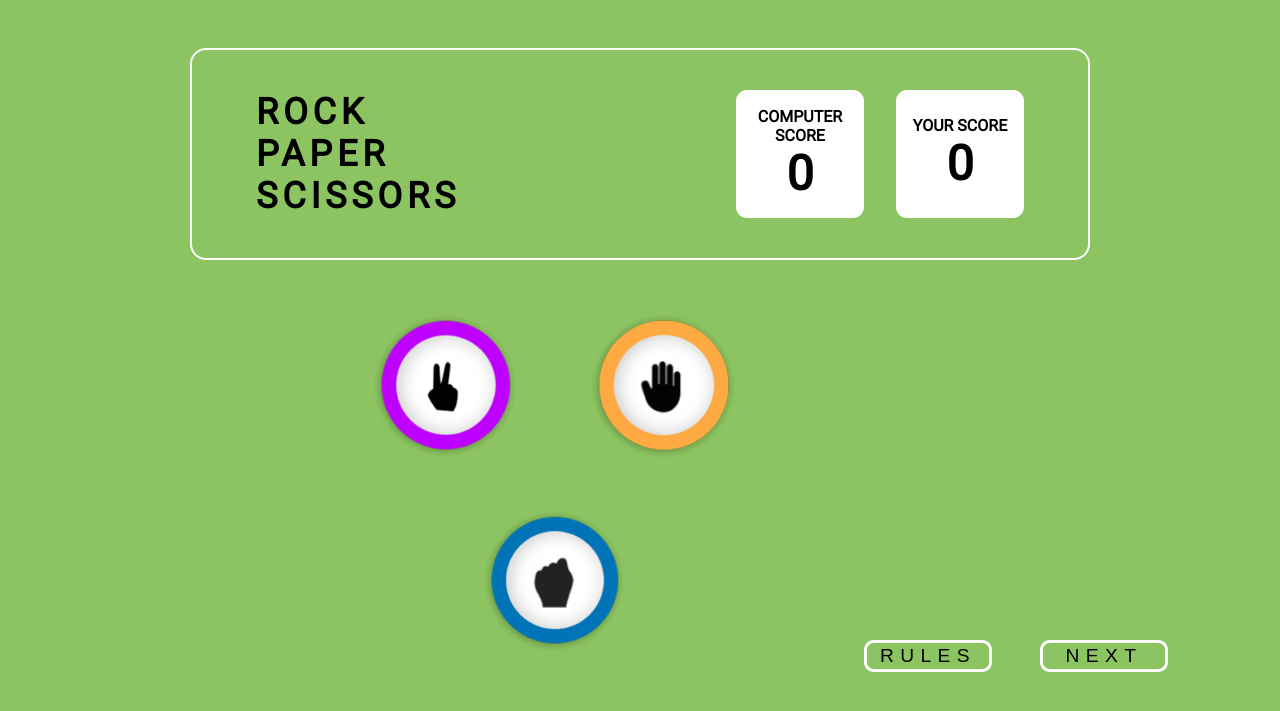
Repository: drumsmanku/Major-module-project-1
Page: index.html
An editor plug-in stored every save of this project. The page is shown before and after the next save, followed by the edit.
The browser window is 1280 px wide. The pictures show the whole page.

Above is the page before, as saved 2023-04-30 21:21:22.

After the next save:
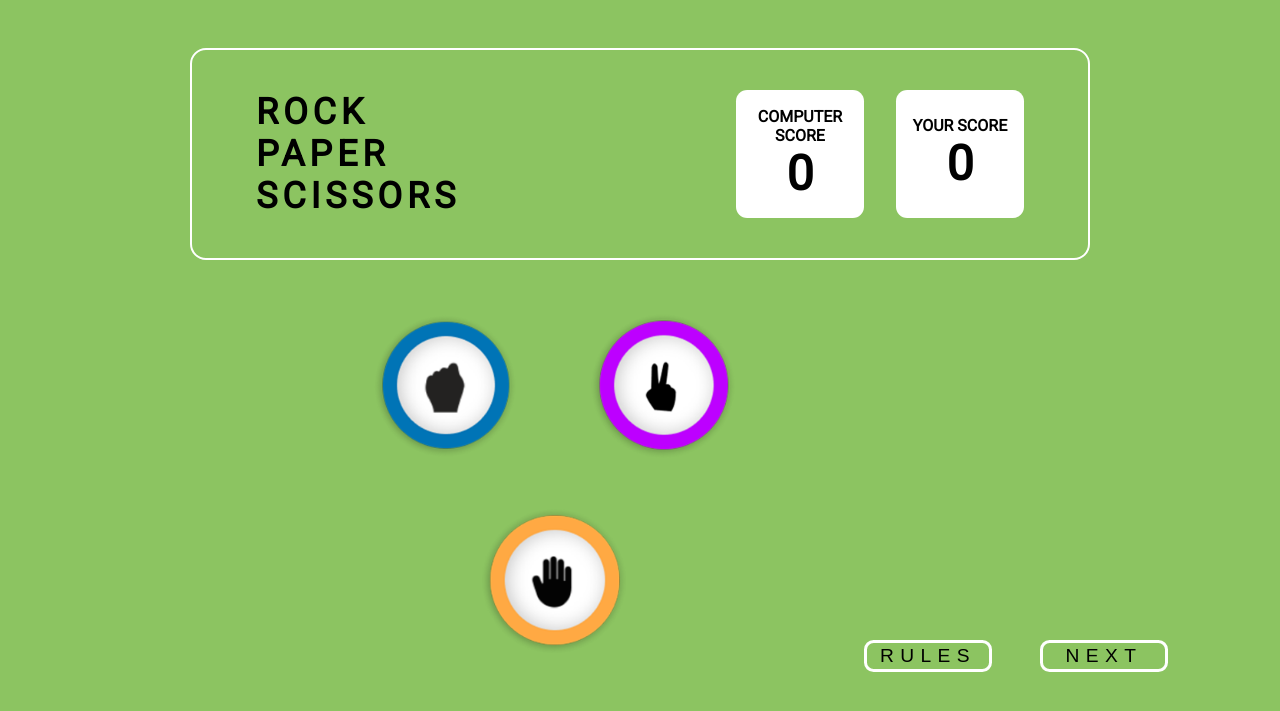
Saved 2 min 47 s later.
--- a/index.html
+++ b/index.html
@@ -30,10 +30,10 @@
       <div class="second-main-main-first-container ">
         <div id="all-three-imgs" class="second-first-main-container">
           <div class="two-buttons">
-            <button id="rock" class="btn-2"><img src="2.png" alt=""></button>
-            <button id="scissor" class="btn-3"><img src="3.png" alt=""></button>
+            <button id="rock" class="btn-2"><img src="1.png" alt=""></button>
+            <button id="scissor" class="btn-3"><img src="2.png" alt=""></button>
           </div>
-          <button id="paper" class="btn-1"> <img src="1.png" alt=""></button>
+          <button id="paper" class="btn-1"> <img src="3.png" alt=""></button>
         </div>
         <div class="second-second-main-container">
           <div class="img-container">
